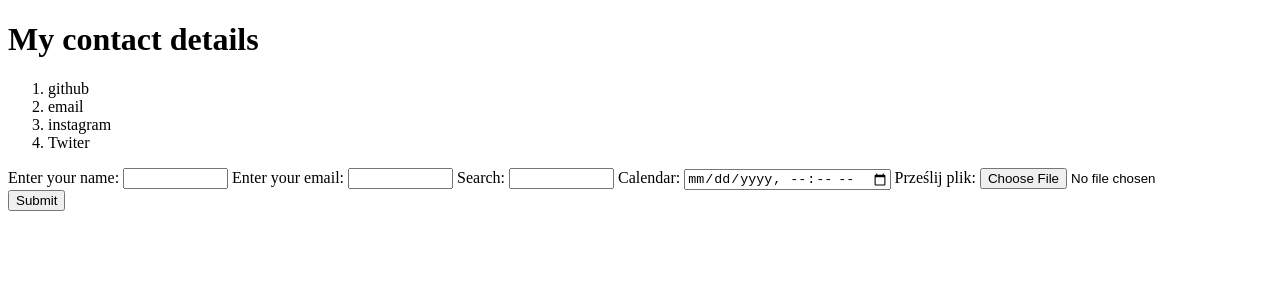
Repository: ew-code/Web-Development
Page: HTML - Personal Site/contact.html
An editor plug-in stored every save of this project. The page is shown before and after the next save, followed by the edit.
The browser window is 1280 px wide. The pictures show the whole page.

Above is the page before, as saved 2021-01-04 23:22:22.

After the next save:
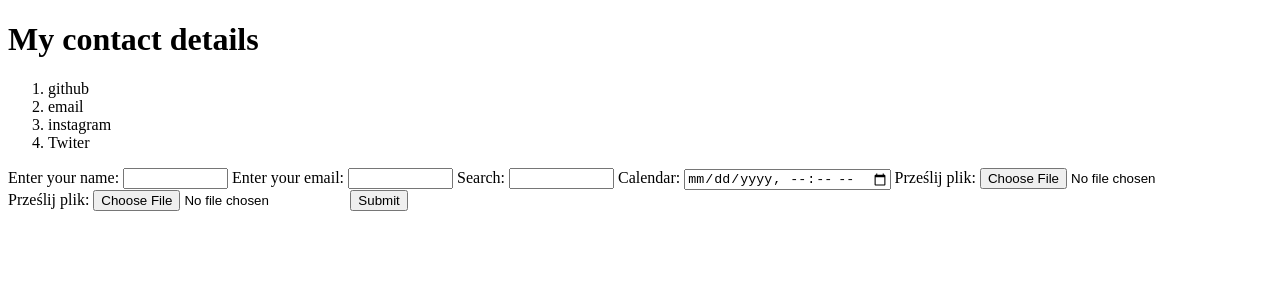
Saved 4 min 3 s later.
--- a/HTML - Personal Site/contact.html
+++ b/HTML - Personal Site/contact.html
@@ -28,6 +28,8 @@
     <input type="datetime-local" name="Calendar" id="search" minlength="4" maxlength="50" size="10">
     <label for="file">Prześlij plik:</label>
     <input type="file" name="file" id="file" accept="image/png, image/jpeg">
+     <label for="file">Prześlij plik:</label>
+ <input type="file" name="file" id="file" accept="image/png, image/jpeg">
     <input type="submit">
   </form>
 
